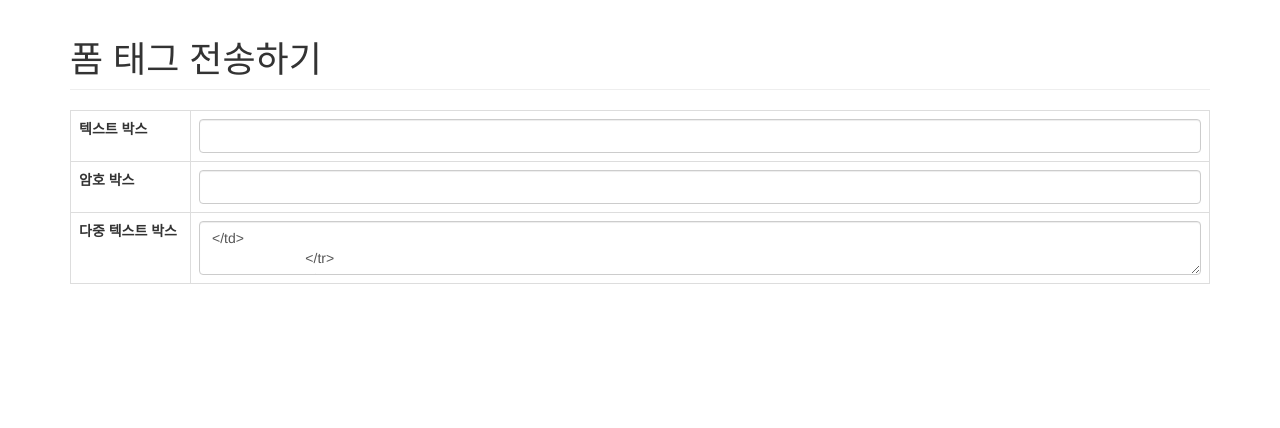
Repository: kimgyuseok/Server
Page: http://localhost/JSPTest/ex04.jsp
The author's editor kept a copy of each file at every save. The page is drawn from the files as they stood at one save, then again after the next save.
The browser window is 1280 px wide. The pictures show the whole page.
The page is served by Tomcat 9.

Above is the page before, as saved 2022-01-06 05:07:15.

After the next save:
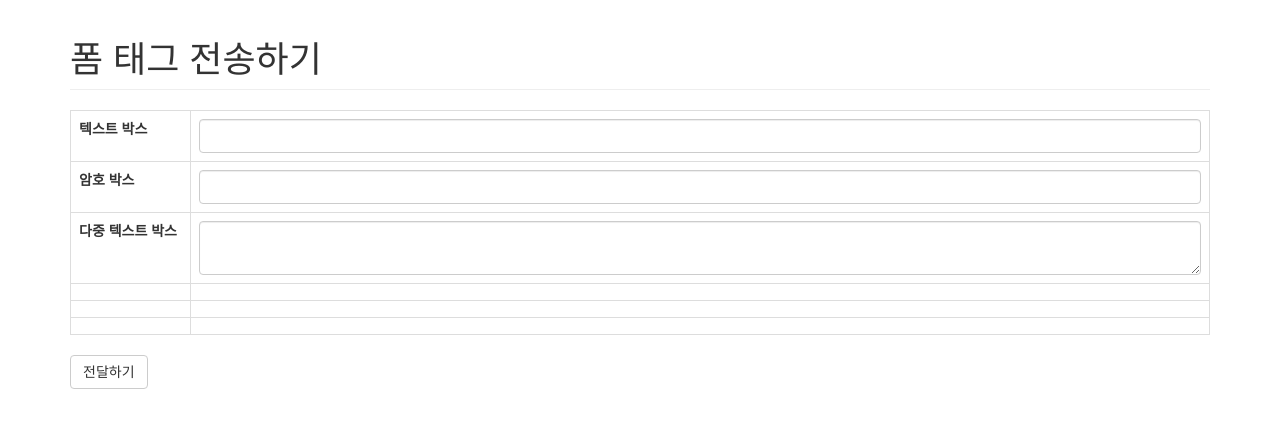
Saved 17 s later.
--- a/JSPTest/src/main/webapp/ex04.jsp
+++ b/JSPTest/src/main/webapp/ex04.jsp
@@ -30,7 +30,7 @@
 			</tr>
 			<tr>
 				<th>다중 텍스트 박스</th>
-				<td><textarea style="height200px;" class="form-control"></td>
+				<td><textarea style="height200px;" class="form-control"></textarea></td>
 			</tr>
 			<tr>
 				<th></th>
